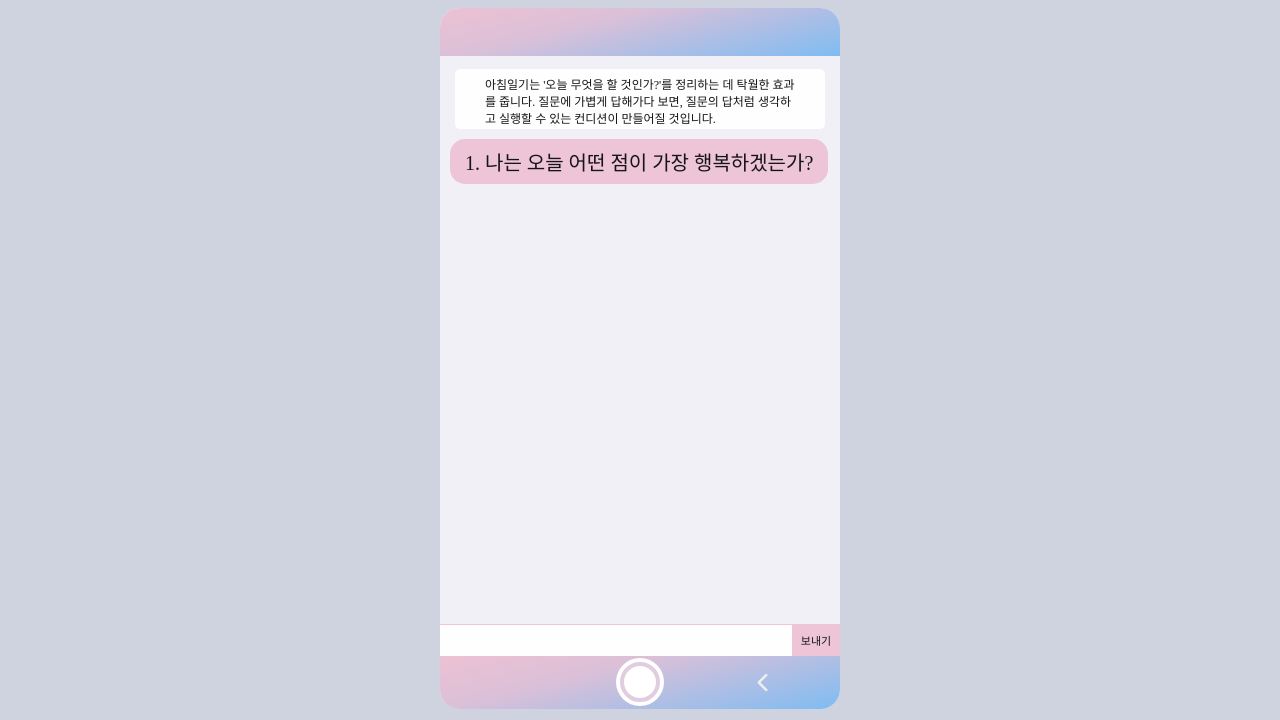
Repository: jinhee196/diary
Page: index.html
An editor plug-in stored every save of this project. The page is shown before and after the next save, followed by the edit.
The browser window is 1280 px wide. The pictures show the whole page.
After loading, the first visible `button.note2` was clicked once.
Some web fonts or font styles are not loaded; a fallback is used. Some web libraries are served in a nearby version.

Above is the page before, as saved 2021-06-05 16:39:16.

### index.html
<!DOCTYPE html>
<html lang="ko">
<head>
    <meta charset="UTF-8">
    <meta http-equiv="X-UA-Compatible" content="IE=edge">
    <meta name="viewport" content="width=device-width, initial-scale=1.0">
    <title>secret Note</title>
    <script src="https://kit.fontawesome.com/ef20572bd9.js" crossorigin="anonymous"></script>
    <link rel="stylesheet" href="style.css">
    <link rel="preconnect" href="https://fonts.gstatic.com">
<link href="https://fonts.googleapis.com/css2?family=Hi+Melody&family=Nanum+Brush+Script&display=swap" rel="stylesheet">
    <script src="js/main.js" defer></script>
    <script src="js/data.js"></script>
</head>
<body>
  <div class="container">
      <header class="header"></header>

      <section id="main">
        <h1 class="main__title">SECRET DIARY</h1>
        <p class="main__desc">작가 Bodo Schaefer의 &#60;멘탈의 연금술&#62;을 바탕으로 만든 일기장입니다.
                              책의 내용을 토대로 전략적인 일기를 써보세요:) 긍정적인 삶으로 나아갈 수 있을 것입니다. </p>
        <button class="note1">일기쓰기</button>
        <button class="note2">아침일기</button>
        <button class="note3">걱정과 두려움을 <br>다루는 방법</button>
      </section>

      <section id="daily">
        <div class="daily__weather"></div>
        <div class="daily__emotion"></div>
        <div class="daily__Note">
          <button class="daily__submit">완료</button>
          <input class="daily__title" placeholder="제목을 입력하세요"></input>
          <textarea class="daily__text"></textarea>

        </div>
      </section>

      <section id="morning">
        <p class="desc">아침일기는 '오늘 무엇을 할 것인가?'를 정리하는 데 탁월한 효과를 줍니다. 질문에 가볍게 답해가다 보면,
          질문의 답처럼 생각하고 실행할 수 있는 컨디션이 만들어질 것입니다.  </p>
        <ul class="items">
          <!-- <li class="item">test</li>
          <li class="item-sub">subtest</li> -->
        </ul>
        <div class="message">
        <input type="text" class="footer__input" />
        <button class="footer__submit">보내기</button>
        </div>
    </section>

    <section id="list">
      <p class="desc">두려움과 걱정의 목록들을 리스트로 만들고 지속적으로 업데이트하세요.
        구체적으로 작성해 두려움을 잘게 쪼개다보면 엄습하는 두려움을 무력화시킬 수 있을 것입니다. </p>
      <ul class="items">
        <!-- <li class="item">test</li>
        <li class="item-sub">subtest</li> -->
      </ul>
      <div class="message">
      <input type="text" class="footer__input" />
      <button class="footer__submit">보내기</button>
      </div>
  </section>

    <footer class="footer">
      <button class="footer__button">
        <div class="circle"></div>
       </button>
       <i class="fas fa-chevron-left"></i>
     </footer>
  </div>
</body>
</html>

### style.css
* {
  box-sizing: border-box;
  font-family: "Hi Melody", cursive;
}
ul {
  padding: 0;
}

button {
  outline: none;
  background: transparent;
  border: none;
  cursor: pointer;
}
body {
  background-color: #ced3df;
  text-align: center;
}

section {
  height: 600px;
}
.container {
  width: 400px;
  margin: auto;
  background-color: #f1f0f7;
  border-radius: 20px;
}

.header {
  height: 48px;
  padding: 8px;
  font-size: 24px;
  background: rgba(237, 193, 211);

  background: linear-gradient(
    166deg,
    rgba(237, 193, 211, 1) 0%,
    rgba(219, 192, 216, 1) 35%,
    rgba(127, 188, 242, 1) 100%
  );

  border-radius: 20px 20px 0 0;
  color: #fff;
}

#main {
  display: flex; /*flex*/
  flex-direction: column;
  justify-content: center;
  align-items: center;
  overflow: hidden;
}
.main__title {
  font-family: "Nanum Brush Script", cursive;
  letter-spacing: 1px;
  font-size: 40px;
  color: #555;
}
.main__desc {
  padding: 0 30px;
  font-size: 18px;
  margin-bottom: 30px;
}
#main button {
  width: 130px;
  padding: 13px 15px;
  margin: 5px 0;
  border-radius: 10px;
  color: #222;
  font-size: 16px;
  transition: transform 300ms;
}
#main button:hover {
  transform: scale(1.1);
}
.note1 {
  background-color: rgba(219, 192, 216, 1);
}
.note2 {
  background-color: rgba(127, 188, 242, 1);
}
.note3 {
  background-color: rgba(219, 192, 216, 1);
}

#daily {
  display: none;
}
.daily__weather {
  display: none;
}
.daily__emotion {
  display: none;
  position: relative;
}
.daily__Note {
  display: none;
  width: 100%;
  height: 100%;
}
.daily__title {
  width: 100%;
  height: 10%;
  outline: none;
  padding: 20px;
  font-size: 22px;
  border: none;
  border-bottom: 1px solid #ddd;
}
.daily__text {
  width: 100%;
  height: 85%;
  line-height: 1.6;
  padding: 20px;
  outline: none;
  border: none;
  resize: none;
  font-size: 18px;
}
.daily__submit {
  height: 5%;
  font-size: 16px;
  color: #555;
  float: right;
  margin-right: 10px;
}
.daily__submit:hover {
  color: rgb(255, 110, 238);
}
#morning {
  display: none;
  overflow: hidden;
}
#list {
  display: none;
  overflow: hidden;
}
.desc {
  width: 370px;
  height: 60px;
  font-size: 12px;
  text-align: left;
  padding: 8px 30px;
  margin: 15px auto 0;
  background-color: #fff;
  border-radius: 5px;
  line-height: 1.4;
}
.items {
  height: 495px;
  overflow-y: auto;
  margin: 0;
  font-size: 20px;
}

.item {
  padding: 8px 15px;
  margin: 10px;
  border-radius: 15px;
  background: rgba(237, 193, 211);
  display: inline-block;
  float: left;
  clear: both;
}
.item-sub {
  padding: 8px 15px;
  margin: 10px;
  border-radius: 15px;
  background: rgba(127, 188, 242, 1);
  display: inline-block;
  float: right;
  clear: both;
}

.footer {
  background: rgba(237, 193, 211);

  background: linear-gradient(
    166deg,
    rgba(237, 193, 211, 1) 0%,
    rgba(219, 192, 216, 1) 35%,
    rgba(127, 188, 242, 1) 100%
  );
  border-radius: 0 0 20px 20px;
  position: relative;
}
.message {
  width: 100%;
}
.footer__input {
  width: 88%;
  height: 32px;
  border: none;
  outline: none;
  font-size: 20px;
  font-weight: 400;
  padding: 0 16px;
  float: left;
  border-top: 1px solid rgba(237, 193, 211);
}

.footer__submit {
  width: 12%;
  height: 32px;
  float: right;
  background-color: rgba(237, 193, 211);
  font-size: 11px;
  padding: 0;
}
.footer__button {
  width: 48px;
  height: 48px;
  background-color: #fff;
  border-radius: 50%;
  transition: transform 300ms ease-in;
  margin-top: 2px;
}
.circle {
  width: 40px;
  height: 40px;
  border: 4px solid rgba(219, 192, 216, 0.8);
  border-radius: 50%;
  margin-left: -2px;
}
.fa-chevron-left {
  font-size: 20px;
  color: #eee;
  position: absolute;
  right: 70px;
  top: 50%;
  transform: translateY(-50%);
  cursor: pointer;
}
.footer__button:hover {
  transform: scale(1.1);
}

@keyframes fadeIn {
  from {
    opacity: 0;
  }
  to {
    opacity: 1;
  }
}

@keyframes fadeOut {
  from {
    opacity: 1;
  }
  to {
    opacity: 0;
  }
}

.fadeIn {
  animation: fadeIn;
  animation-duration: 1s;
}

.fadeOut {
  animation: fadeOut;
  animation-duration: 1s;
}

### js/data.js
const morningList = [
  {
    q: '1. 나는 오늘 어떤 점이 가장 행복하겠는가?'
  },
  {
    q: '2. 오늘 내게 가장 큰 동기부여를 해주는 것은 무엇인가?'
  },
  {
    q: '3.오늘 무엇에 가장 감사해야 하겠는가?'
  },
  {
    q: '4.오늘 내게 직언과 조언을 해줄 사람들은 누구인가?'
  },
  {
    q: '5. 오늘 내 컨디션으로 볼 때 가장 잘해낼 것 같은 일은 무엇인가?'
  },
  {
    q: '6. 오늘 내가 꼭 알아야 할 것은 무엇인가?'
  },
  {
    q: '7. 오늘 두려움과 긴장을 유쾌하게 다뤄줄 필살기는 무엇인가?'
  },
  {
    q: '8. 오늘 꼭 해야할 과제 한 가지는 무엇인가?'
  }
]

const qnaList = [
  {
    q: '지금 가장 두려운 것이 무엇입니까?'
  },
  {
    q: '그것이 왜 두려우십니까? 구체적으로 작성해보세요.'
  },
  {
    q: '가장 큰 두려움에서부터 사소한 걱정까지 낱낱이 기록하세요.'
  }
]

const dailyNote = [
  {
    q: '지금의 날씨를 선택해주세요',
    a: [
      { answer: 'images/weather-icon-set_03.png'},
      { answer: 'images/weather-icon-set_05.png' },
      { answer: 'images/weather-icon-set_07.png' },
      { answer: 'images/weather-icon-set_13.png' },
      { answer: 'images/weather-icon-set_17.png' },
      { answer: 'images/weather-icon-set_21.png' },
    ]
  },
  {
    q: '지금의 기분을 골라보세요',
    a: [
      { answer: 'images/emtion_03.png' },
      { answer: 'images/emtion_05.png' },
      { answer: 'images/emtion_07.png' },
      { answer: 'images/emtion_12.png' },
      { answer: 'images/emtion_13.png' },
      { answer: 'images/emtion_14.png' },
      { answer: 'images/emtion_18.png' },
      { answer: 'images/emtion_19.png' },
      { answer: 'images/emtion_20.png' },
    ]
  }
]

### js/main.js
const note1 = document.querySelector('.note1');
const note2 = document.querySelector('.note2');
const note3 = document.querySelector('.note3');

const main = document.querySelector('#main');
const morning = document.querySelector('#morning');
const list = document.querySelector('#list');

const items = document.querySelector('.items');
const input = document.querySelector('.footer__input');
const addBtn = document.querySelector('.footer__submit');

// note1.addEventListener('click', () => {

// });


note2.addEventListener('click', ()=>{
    main.style.animation = "fadeOut 1s";
    setTimeout(() => {
      morning.style.animation = "fadeIn 1s";
      setTimeout(() => {
        main.style.display = "none";
        morning.style.display = "block";
        input.focus();
      }, 450)
      goNext();
    }, 450);
});

note3.addEventListener('click', ()=>{
    main.style.animation = "fadeOut 1s";
    setTimeout(() => {
      list.style.animation = "fadeIn 1s";
      setTimeout(() => {
        main.style.display = "none";
        list.style.display = "block";
        input.focus();
      }, 450)
    }, 450);
});

function goNext(){
  const text = input.value;
    for(let i = 0; i < morningList.length; i++) {

      const item = document.createElement('li');
    item.setAttribute('class', 'item');
    items.appendChild(item);
      item.innerHTML = morningList[i].q;
      if (text === '') {
        return;
      }
      i++;

    }


  }

function onAdd() {
  const text = input.value;
  if (text === '') {
    input.focus();
    return;
  }
  const item = createItem(text); //function
  items.appendChild(item);
  item.scrollIntoView({ block: 'center' });
  input.value = '';
  input.focus();
}

function createItem(text) {
  const itemRow = document.createElement('li');
  itemRow.setAttribute('class', 'item-sub');
  itemRow.innerHTML = text;
  return itemRow;
}

addBtn.addEventListener('click', () => {
  onAdd();
});

input.addEventListener('keypress', event => {
  if (event.key === 'Enter') {
    onAdd();
  }
});

After the next save:
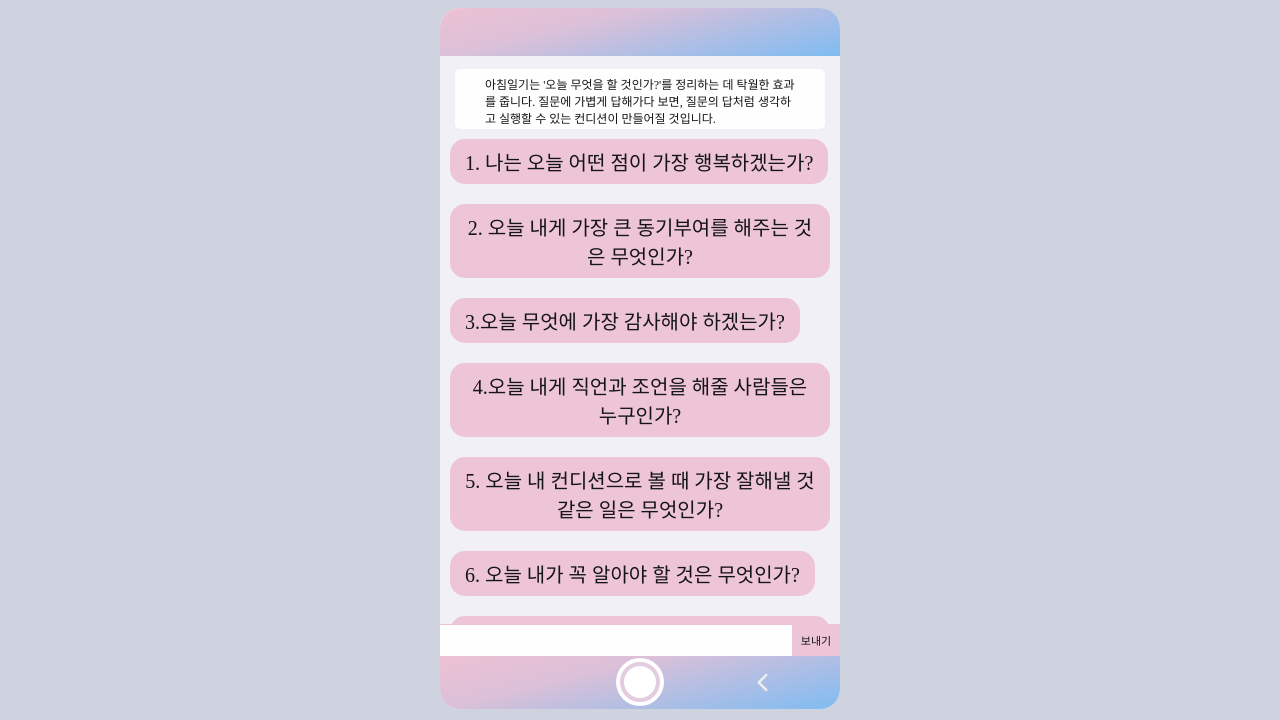
Saved 83 s later.
--- a/js/main.js
+++ b/js/main.js
@@ -41,17 +41,14 @@
 });
 
 function goNext(){
-  const text = input.value;
     for(let i = 0; i < morningList.length; i++) {
 
       const item = document.createElement('li');
     item.setAttribute('class', 'item');
     items.appendChild(item);
       item.innerHTML = morningList[i].q;
-      if (text === '') {
-        return;
-      }
-      i++;
+
+
 
     }
 

After the 2 saves that followed:
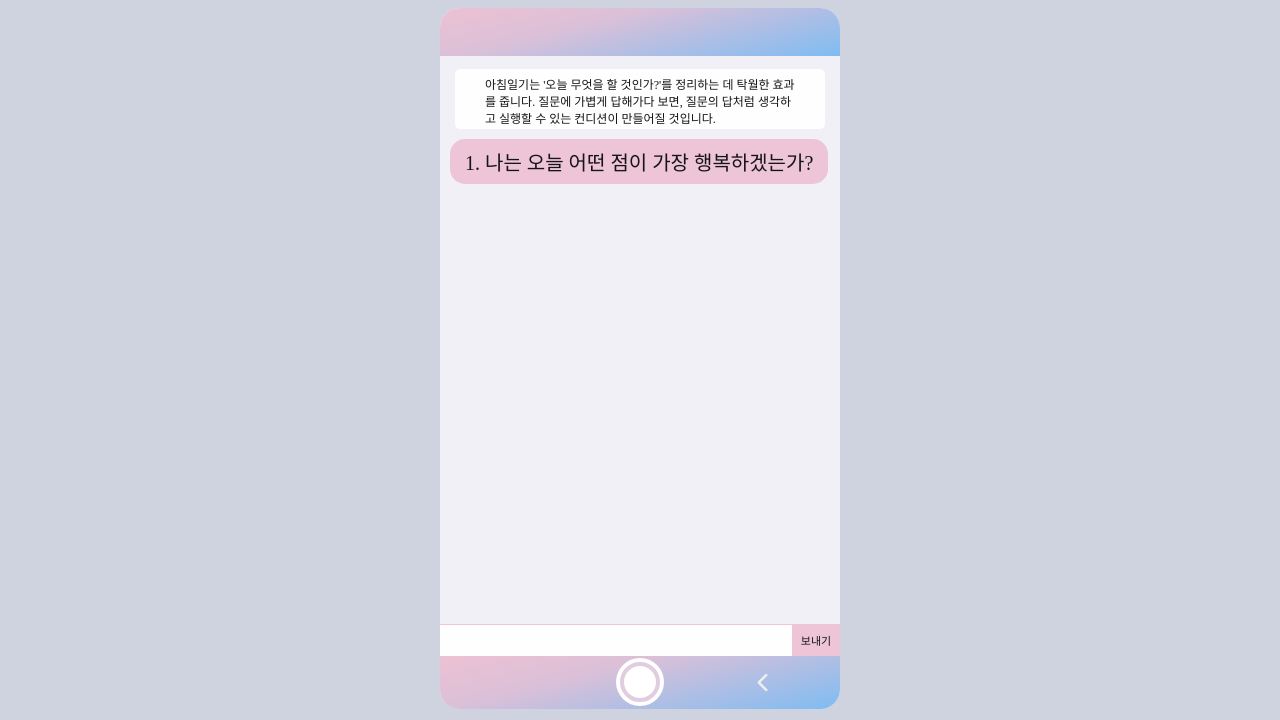
The 2 saves are shown as one change because 1 left the picture as it was.
The last was saved 12 min 43 s later.
--- a/js/main.js
+++ b/js/main.js
@@ -41,16 +41,19 @@
 });
 
 function goNext(){
-    for(let i = 0; i < morningList.length; i++) {
+
 
       const item = document.createElement('li');
     item.setAttribute('class', 'item');
     items.appendChild(item);
+
+    let i = 0;
+    if(addBtn.addEventListener || input.addEventListener){
       item.innerHTML = morningList[i].q;
 
+    }
 
 
-    }
 
 
   }
